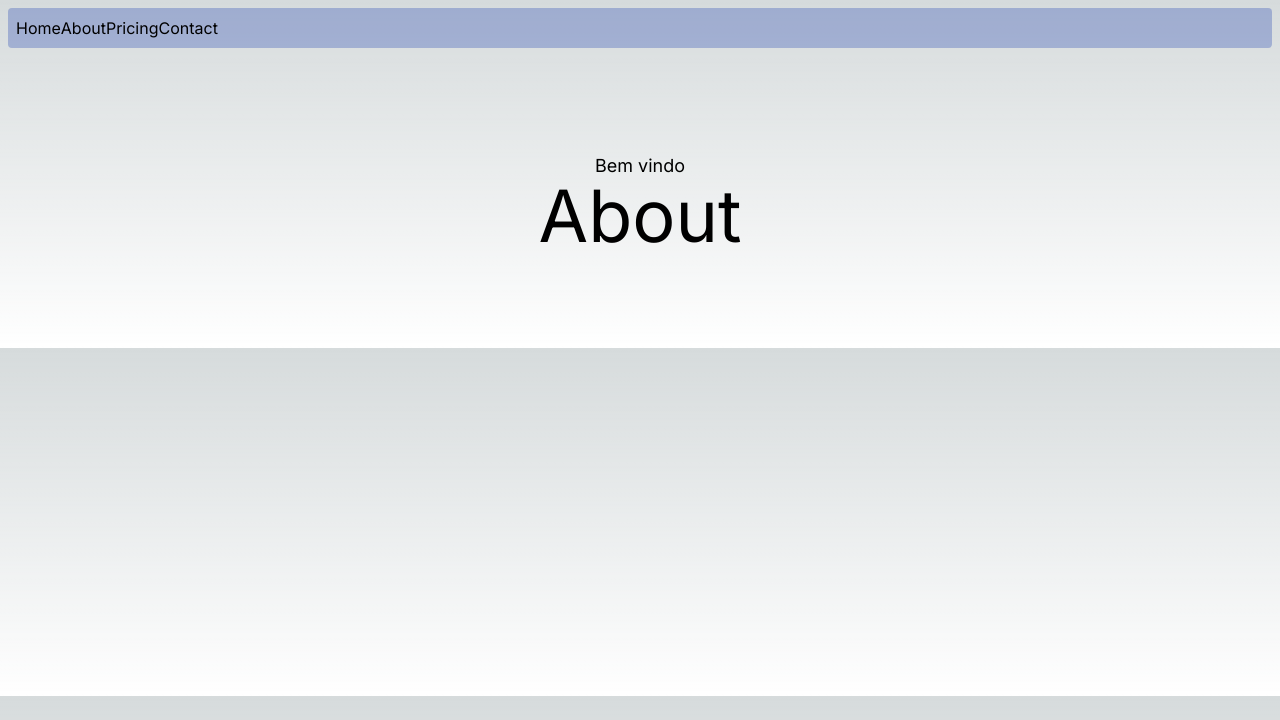
Repository: wellingtondevops/01-first-steps
Page: /about
These files come from the project's save history. The page is drawn as it stood at one moment and after the next save; the edit follows.
The browser window is 1280 px wide. The pictures show the whole page.
The project was rebuilt for these pictures with package versions that can differ from the ones it lists, and the page was loaded fresh each time. The framework's server and built-in components were replaced by stand-ins that run in the browser. Also part of the build but not shown: next.config.js.

Above is the page before, as saved 2025-07-12 17:16:32.

### app/layout.tsx
import type { Metadata } from 'next'
import { Inter } from 'next/font/google'
import './globals.css'

const inter = Inter({ subsets: ['latin'] })

export const metadata: Metadata = {
  title: 'My first App Next',
  description: 'Development Nextjs',
}

export default function RootLayout({
  children,
}: {
  children: React.ReactNode
}) {
  return (
    <html lang="en">
      <body className={inter.className}>{children}</body>
    </html>
  )
}

### app/(general)/layout.tsx
import {Navbar} from '@/components'
export default function GeneralLayout({
  children,
}: {
  children: React.ReactNode;
}) {
  return (
    <>
      <Navbar />
      <main className="flex flex-col items-center p-24">
        <span className="text-lg">Bem vindo</span>
        {children}
      </main>
    </>
  );
}

### app/(general)/about/page.tsx
export default function About() {
  return (
    <>
      <span className="text-7xl">About</span>
    </>
  );
}

### components/index.ts
export * from './navbar/Navbar'

### components/navbar/Navbar.tsx

export const Navbar = () => {
  return (
    <nav className="flex bg-blue-800 bg-opacity-30 p-2 m-2 rounded">
        <span>Home</span>
        <a href="/about">About</a>
        <a href="/pricing">Pricing</a>
        <a href="/contact">Contact</a>

    </nav>
  )
};

Loaded but not shown: app/globals.css (common file); tailwind.config.ts (common file)

After the next save:
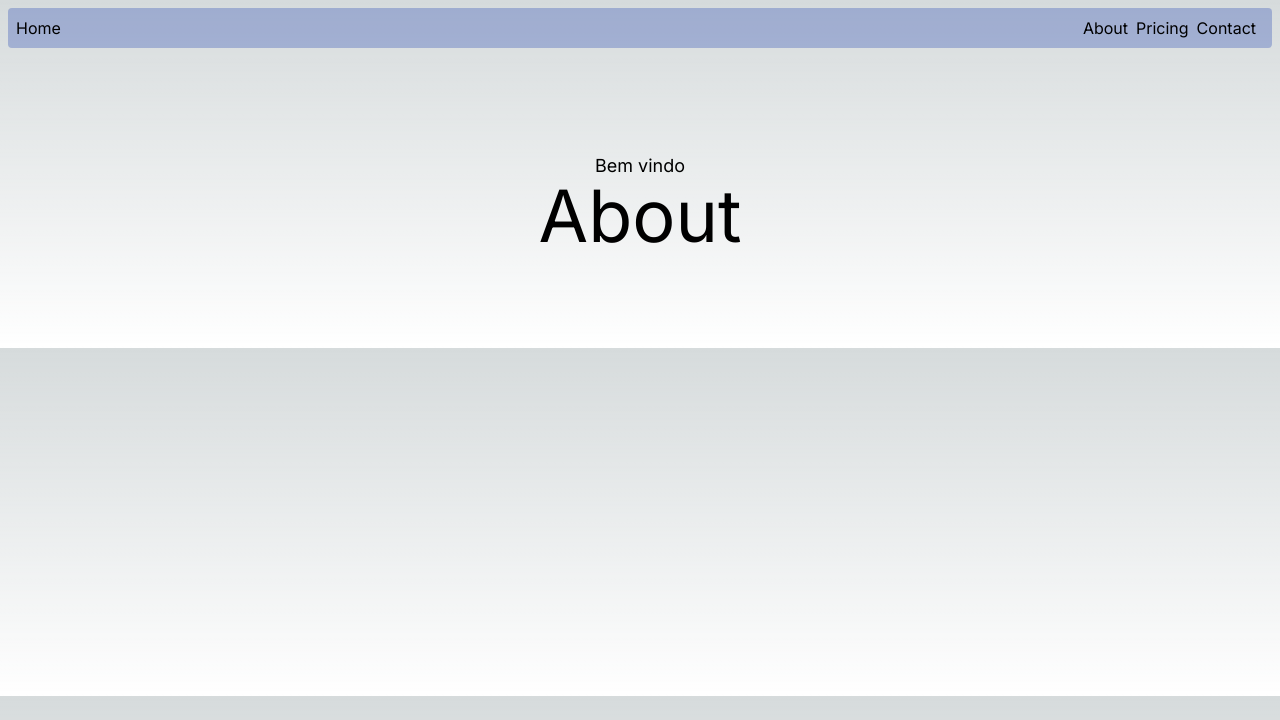
Saved 92 s later.
--- a/components/navbar/Navbar.tsx
+++ b/components/navbar/Navbar.tsx
@@ -1,12 +1,17 @@
-
 export const Navbar = () => {
   return (
     <nav className="flex bg-blue-800 bg-opacity-30 p-2 m-2 rounded">
-        <span>Home</span>
-        <a href="/about">About</a>
-        <a href="/pricing">Pricing</a>
-        <a href="/contact">Contact</a>
-
+      <span>Home</span>
+      <div className="flex flex-1"></div>
+      <a className="mr-2" href="/about">
+        About
+      </a>
+      <a className="mr-2" href="/pricing">
+        Pricing
+      </a>
+      <a className="mr-2" href="/contact">
+        Contact
+      </a>
     </nav>
-  )
+  );
 };
